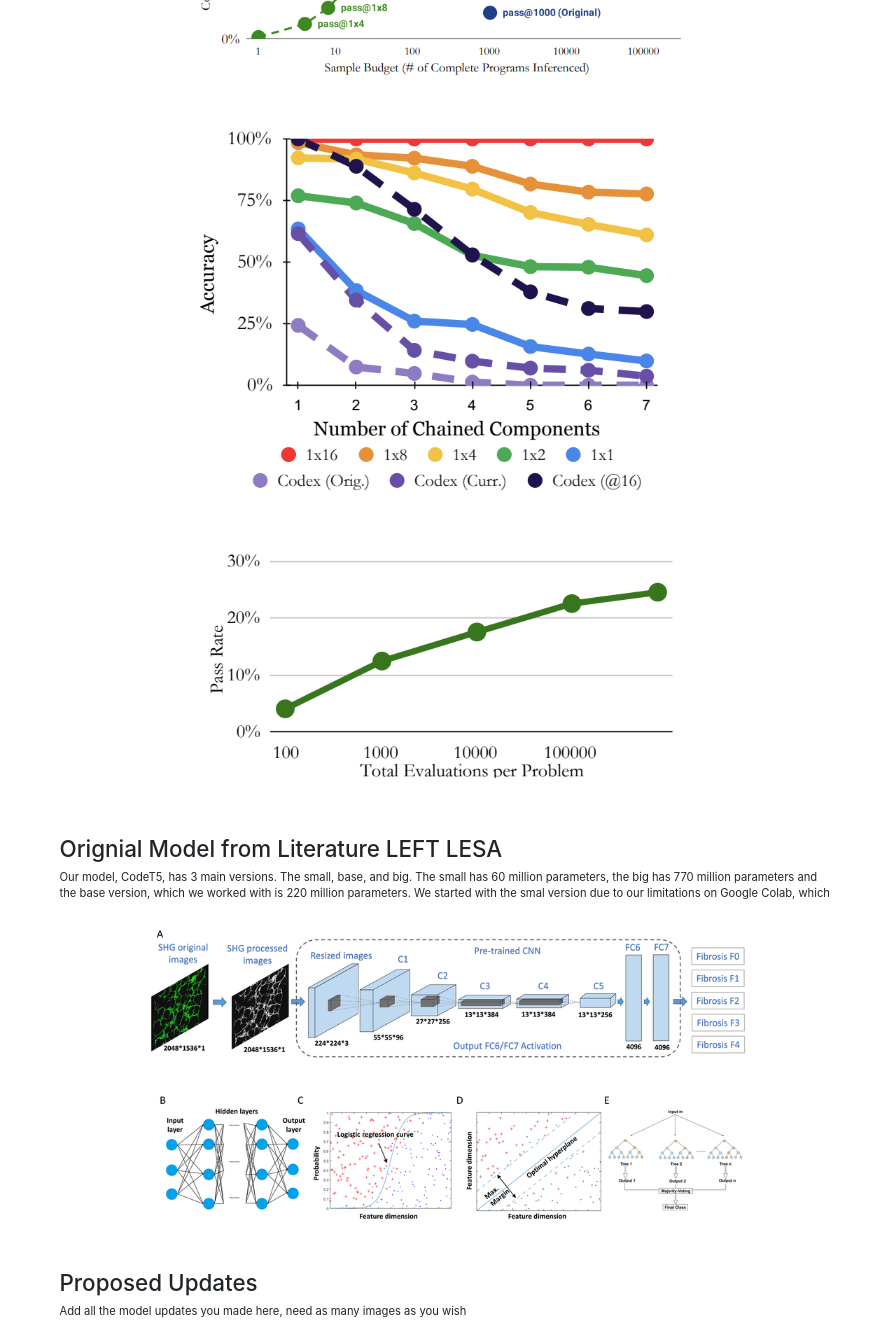
Repository: Shaalan-omar/ConcodePlus
Page: team-specific/index.html
The author's editor kept a copy of each file at every save. The page is drawn from the files as they stood at one save, then again after the next save.
The browser window is 1280 px wide. The pictures show the part of the page from y = 4580 to 6500 px (the page is 8500 px tall before and 8572 px after), at 70% of full size.

Above is the page before, as saved 2023-05-14 01:25:28.

### team-specific/index.html
<!DOCTYPE html>
<html lang="en">

<head>

  <meta charset="utf-8">
  <meta name="viewport" content="width=device-width, initial-scale=1, shrink-to-fit=no">
  <meta name="description" content="">
  <meta name="author" content="">

  <title>Code Generation / Documentation model based on CodeT5</title>

  <!-- Bootstrap core CSS -->
  <link href="../vendor/bootstrap/css/bootstrap.min.css" rel="stylesheet">

</head>

<body>

  <!-- Navigation -->
  <nav class="navbar navbar-expand-lg navbar-dark bg-dark static-top">
    <div class="container">
      <a class="navbar-brand" href="../home.html">Practical Machine Deep Learning</a>
      <button class="navbar-toggler" type="button" data-toggle="collapse" data-target="#navbarResponsive" aria-controls="navbarResponsive" aria-expanded="false" aria-label="Toggle navigation">
        <span class="navbar-toggler-icon"></span>
      </button>
      <div class="collapse navbar-collapse" id="navbarResponsive">
        <ul class="navbar-nav ml-auto">
          <li class="nav-item active">
            <a class="nav-link" href="../home.html">Home
              <span class="sr-only">(current)</span>
            </a>
          </li>
          <li class="nav-item">
            <a class="nav-link" href="../about.html">About</a>
          </li>
          <li class="nav-item">
            <a class="nav-link" href="../contact.html">Contact</a>
          </li>
        </ul>
      </div>
    </div>
  </nav>

  <!-- Page Content -->
  <div class="container">
    <div class="row">
      <div class="col-lg-12 text-center">
        <h1 class="mt-5">Code Generation / Documentation model based on CodeT5</h1>
        <ul class="list-unstyled">
          <li>Omar Shaalan 900193887</li>
          <li>Kyrollos Zakarya 900203309</li>
        </ul>
      </div>
    </div>


    <div class="row">
      <div class="col-lg-12 text-left">
        <h2 class="mt-5"></h2>
		<p>
			Code generation is a very important in our current daily life. However, the documentation of the code is beyond important too,
      we need the code that is generated to have a documentation generated with it in order to be able to generate a code that is understandable
      and increase the efficency (we increase the efficency of the code by providing commented code, so it will be easier to understand and reuse or extract the
       needed parts from it)
		</p>
      </div>
    </div>

    <div class="row">
      <div class="col-lg-12 text-left">
        <h2 class="mt-5">Dataset</h2>

        <p>
			Our initial plan was to work with the Cocode's task dataset (concode is the code generation task), this was initially our intution
      as our task, ConcodePlus(the commented code generation task), was going to generate the code that concode generated but with comments. However,
      in concode's dataset we only had the code and the Natural Language describing the code, but no dataset had the code itself with comments in the same coloumn,
      this of course limited our ways
      to train the model on genreating a documented code, as we had no clear dataset that had code, comments for that code, all we had was datasets having code and
      a natural language describing the code, as illustrated in the visualization of the Concode's dataset below.
    </p>
    <br/> <!-- Empty Line before the image -->
    <div class="img-container" align="center"> <!-- Block parent element -->
        <img src="resources/images/concode.png" class="img-fluid text-center">
    </div>
    <br/> <!-- Empty Line after the image -->
<p>
  Hence, we had to make a major change, that will allow us to have a dataset that contains a pair consisting of code and a prompt as usual describing
      the code, but in the code's column we added comments to the code itself in the same coloumn.
      This was our own dataset, and we called PyPlus, as this dataset works on Python codes only, and the plus part is because it is the first of its
      type to contain code with detailed comments of the code in the same column, or at least the first
      of its type as an open source dataset, as we have found NO other open source or closed source (but this is hard to make sure of as closed source
      are like a black box, you cannot see what is inside them) dataset in python storing data in that way.
</p>
<br/> <!-- Empty Line before the image -->
<div class="img-container" align="center"> <!-- Block parent element -->
    <img src="resources/images/dataset.png" class="img-fluid text-center">
</div>

      </div>
    </div>

    <div class="row">
      <div class="col-lg-12 text-left">
        <h2 class="mt-5">Input/Output Examples</h2>
   <br>
      </br>
        <h3>
			 Problem statement: -
        </h3>

		<br/> <!-- Empty Line before the image -->
	    <div class="img-container" align="center"> <!-- Block parent element -->
      		<img src="resources/images/Problem_Stat_1.png" class="img-fluid text-center">
    	</div>

    	<br/> <!-- Empty Line after the image -->

      <br/> <!-- Empty Line before the image -->
	    <div class="img-container" align="center"> <!-- Block parent element -->
      		<img src="resources/images/Problem_Stat_2.png" class="img-fluid text-center">
    	</div>


        <br>
      </br>
         <h3>
			 Our Own Output: -
        </h3>

      	    <div class="img-container" align="center"> <!-- Block parent element -->
      		<img src="resources/images/output_real.png" class="img-fluid text-center">
    	</div>
      <!-- <p class = "center">
        Feel the difference?
     </p> -->
     <br>
    </br>

    	<br/> <!-- Empty Line after the image -->
      </div>
    </div>


    <div class="row">
      <div class="col-lg-12 text-left">
        <h2 class="mt-5">State of the art (PARSEL)</h2>

        <p>
			Parsel is an Open AI deep learning project, it has been the state of the art in the field of code generation task aloong with code summrization as shown below in the tables and the graphs.
      It is based on the GPT architecture (Generative Pre-trained Transformer), the version of Parsel mentioned in the tables below is the 1.5B, which refers to the larges Parsel version
      existing as it uses 1.5 Billion parameters.
      Even though it is a open source, the usage of Open AI APIs limited our usage and the freedom of adding our creativity.
		</p>

	  <br/> <!-- Empty Line before the image -->
	    <div class="img-container" align="center"> <!-- Block parent element -->
      		<img src="resources/images/parsel_code_sum.png" class="img-fluid text-center">
    	</div>
    	<br/> <!-- Empty Line after the image -->

    <br/> <!-- Empty Line before the image -->
	    <div class="img-container" align="center"> <!-- Block parent element -->
      		<img src="resources/images/Parsel_code_gen.png" class="img-fluid text-center">
    	</div>
    	<br/> <!-- Empty Line after the image -->
		<br/> <!-- Empty Line before the image -->
	    <div class="img-container" align="center"> <!-- Block parent element -->
      		<img src="resources/images/parsel_1.png" class="img-fluid text-center">
    	</div>
    	<br/> <!-- Empty Line after the image -->

      <br/> <!-- Empty Line before the image -->
	    <div class="img-container" align="center"> <!-- Block parent element -->
      		<img src="resources/images/parsel_2.png" class="img-fluid text-center">
    	</div>
    	<br/> <!-- Empty Line after the image -->

      <br/> <!-- Empty Line before the image -->
	    <div class="img-container" align="center"> <!-- Block parent element -->
      		<img src="resources/images/parsel_3.png" class="img-fluid text-center">
    	</div>
    	<br/> <!-- Empty Line after the image -->
      </div>
    </div>



    <div class="row">
      <div class="col-lg-12 text-left">
        <h2 class="mt-5">Orignial Model from Literature LEFT LESA</h2>

        <p>
			Our model, CodeT5, has 3 main versions. The small, base, and big. The small has 60 million parameters, the big has 770 million parameters and the base version, which we worked with is 220 million parameters.
      We started with the smal version due to our limitations on Google Colab, which
		</p>

		<br/> <!-- Empty Line before the image -->
	    <div class="img-container" align="center"> <!-- Block parent element -->
      		<img src="resources/images/model.png" class="img-fluid text-center">
    	</div>
    	<br/> <!-- Empty Line after the image -->
      </div>
    </div>

    <div class="row">
      <div class="col-lg-12 text-left">
        <h2 class="mt-5">Proposed Updates</h2>

        <p>
			Add all the model updates you made here, need as many images as you wish
		</p>

		<h5 class="mt-5">Update #1: Adding Reinforcement Learning</h5>
		<p>
			Give rewards when the generated documentation along with the code is correct and add negative rewards when the generation is not good.
		</p>
		<br/> <!-- Empty Line before the image -->
	    <div class="img-container" align="center"> <!-- Block parent element -->
      		<img src="resources/images/reinforcement.png" class="img-fluid text-center">
    	</div>
    	<br/> <!-- Empty Line after the image -->
      </div>
    </div>


    <div class="row">
      <div class="col-lg-12 text-left">
        <h2 class="mt-5">Results</h2>

        <p>
			LEFT lehad ma tet7asen Add your results here, add graphs and images to illustrate it.
			Compare your results to the original model and state of the art
		</p>

		<br/> <!-- Empty Line before the image -->
	    <div class="img-container" align="center"> <!-- Block parent element -->
      		<img src="resources/images/results.png" class="img-fluid text-center">
    	</div>
    	<br/> <!-- Empty Line after the image -->
      </div>
    </div>


    <div class="row">
      <div class="col-lg-12 text-left">
        <h2 class="mt-5">Technical report</h2>

        <p>
			LEft Here you will detail the details related to training, for example: Filled With KYRO
		</p>

	 	<ul>
		  <li>Programming framework</li>
		  <li>Training hardware i.e. colab or azure or anything else</li>
		  <li>Training time</li>
		  <li>Number of epochs</li>
		  <li>Time per epoch</li>
		  <li>Any other important detail or difficulties</li>
		</ul>
      </div>
    </div>

	<div class="row">
	  <div class="col-lg-12 text-left">
	    <h2 class="mt-5">Conclusion</h2>

	    <p>
			Conclusion and future work (including lessons learned and interesting findings
		</p>

	  </div>
	</div>

	<div class="row">
	  <div class="col-lg-12 text-left">
	    <h2 class="mt-5">References</h2>

	    <p>
	    	List all references here, the following are only examples
	    </p>

		<ol>
		  <li><a href="https://arxiv.org/pdf/2212.10561v2.pdf">Parsel Paper</a></li>
      li><a href="https://microsoft.github.io/CodeXGLUE/">Parsel Code Summarization Table</a></li>
      <li><a href="https://microsoft.github.io/CodeXGLUE/">Parsel Code Generation Table</a></li>
		  <li><a href="https://arxiv.org/pdf/2109.00859v1.pdf">CodeT5 PaperL</a></li>
		  <li><a href="http://www.google.com">Dataset Link LEFT need to upload it to github</a></li>
		</ol>
	  </div>
	</div>

  </div>



  <!-- Bootstrap core JavaScript -->
  <script src="../vendor/jquery/jquery.slim.min.js"></script>
  <script src="../vendor/bootstrap/js/bootstrap.bundle.min.js"></script>

</body>

</html>

Loaded but not shown: vendor/bootstrap/css/bootstrap.min.css (library); vendor/jquery/jquery.slim.min.js (library); vendor/bootstrap/js/bootstrap.bundle.min.js (library)

After the next save:
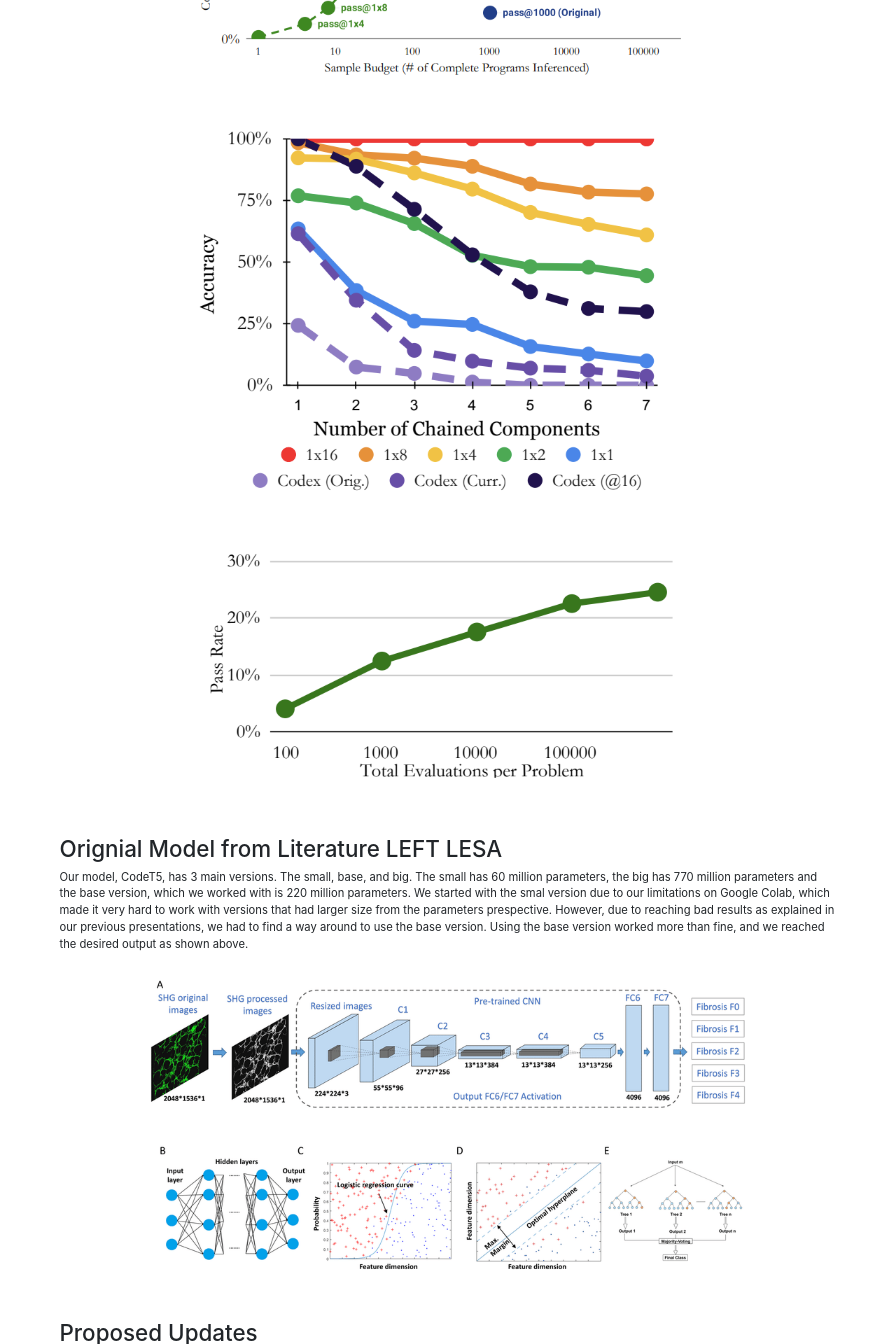
Saved 102 s later.
--- a/team-specific/index.html
+++ b/team-specific/index.html
@@ -192,7 +192,8 @@
 
         <p>
 			Our model, CodeT5, has 3 main versions. The small, base, and big. The small has 60 million parameters, the big has 770 million parameters and the base version, which we worked with is 220 million parameters.
-      We started with the smal version due to our limitations on Google Colab, which
+      We started with the smal version due to our limitations on Google Colab, which made it very hard to work with versions that had larger size from the parameters prespective. However, due to reaching bad results
+      as explained in our previous presentations, we had to find a way around to use the base version. Using the base version worked more than fine, and we reached the desired output as shown above.
 		</p>
 
 		<br/> <!-- Empty Line before the image -->
